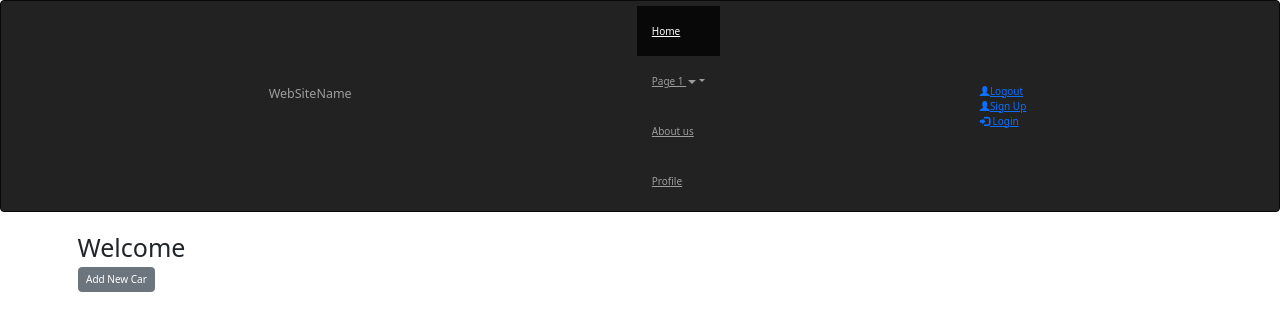
Repository: Ahmad-hamdan98/Java_Project
Page: http://localhost/javaproject/WIB-INF/ShowAll.jsp
The author's editor kept a copy of each file at every save. The page is drawn from the files as they stood at one save, then again after the next save.
The browser window is 1280 px wide. The pictures show the whole page.
The page is served by Tomcat 9.

Above is the page before, as saved 2022-11-19 15:42:01.

After the next save:
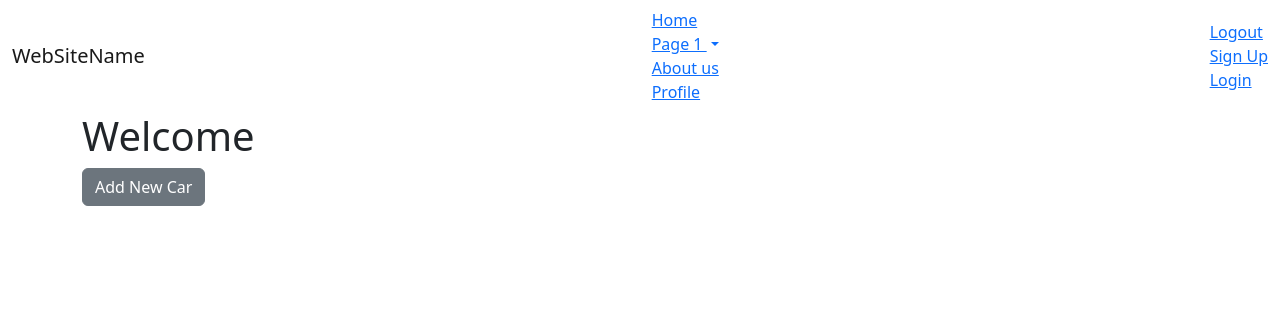
Saved 57 s later.
--- a/atfirst/javaproject/src/main/webapp/WIB-INF/ShowAll.jsp
+++ b/atfirst/javaproject/src/main/webapp/WIB-INF/ShowAll.jsp
@@ -4,7 +4,7 @@
   <title>Bootstrap Case</title>
   <meta charset="utf-8">
   <meta name="viewport" content="width=device-width, initial-scale=1">
-  <link rel="stylesheet" href="https://maxcdn.bootstrapcdn.com/bootstrap/3.3.6/css/bootstrap.min.css">
+ <!--  <link rel="stylesheet" href="https://maxcdn.bootstrapcdn.com/bootstrap/3.3.6/css/bootstrap.min.css">   -->
         <link href="https://cdn.jsdelivr.net/npm/bootstrap@5.2.2/dist/css/bootstrap.min.css" rel="stylesheet" integrity="sha384-Zenh87qX5JnK2Jl0vWa8Ck2rdkQ2Bzep5IDxbcnCeuOxjzrPF/et3URy9Bv1WTRi" crossorigin="anonymous">
 
 </head>

After the save that followed:
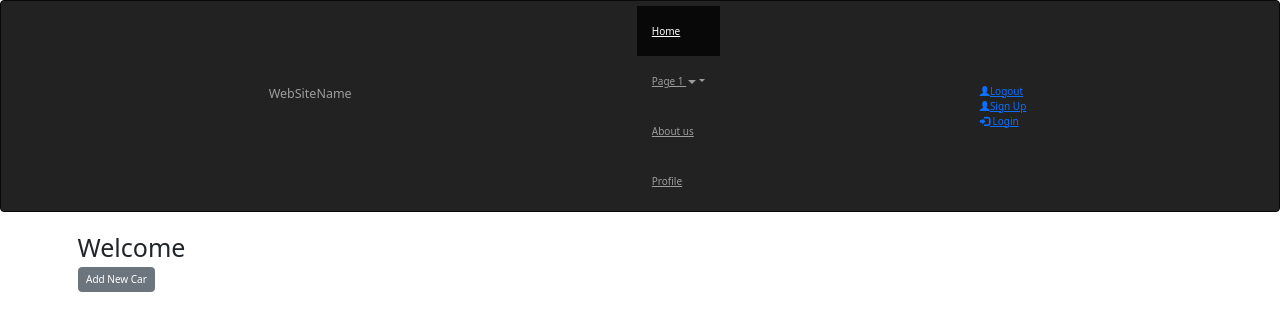
Saved 10 s later.
--- a/atfirst/javaproject/src/main/webapp/WIB-INF/ShowAll.jsp
+++ b/atfirst/javaproject/src/main/webapp/WIB-INF/ShowAll.jsp
@@ -4,7 +4,7 @@
   <title>Bootstrap Case</title>
   <meta charset="utf-8">
   <meta name="viewport" content="width=device-width, initial-scale=1">
- <!--  <link rel="stylesheet" href="https://maxcdn.bootstrapcdn.com/bootstrap/3.3.6/css/bootstrap.min.css">   -->
+  <link rel="stylesheet" href="https://maxcdn.bootstrapcdn.com/bootstrap/3.3.6/css/bootstrap.min.css">
         <link href="https://cdn.jsdelivr.net/npm/bootstrap@5.2.2/dist/css/bootstrap.min.css" rel="stylesheet" integrity="sha384-Zenh87qX5JnK2Jl0vWa8Ck2rdkQ2Bzep5IDxbcnCeuOxjzrPF/et3URy9Bv1WTRi" crossorigin="anonymous">
 
 </head>
